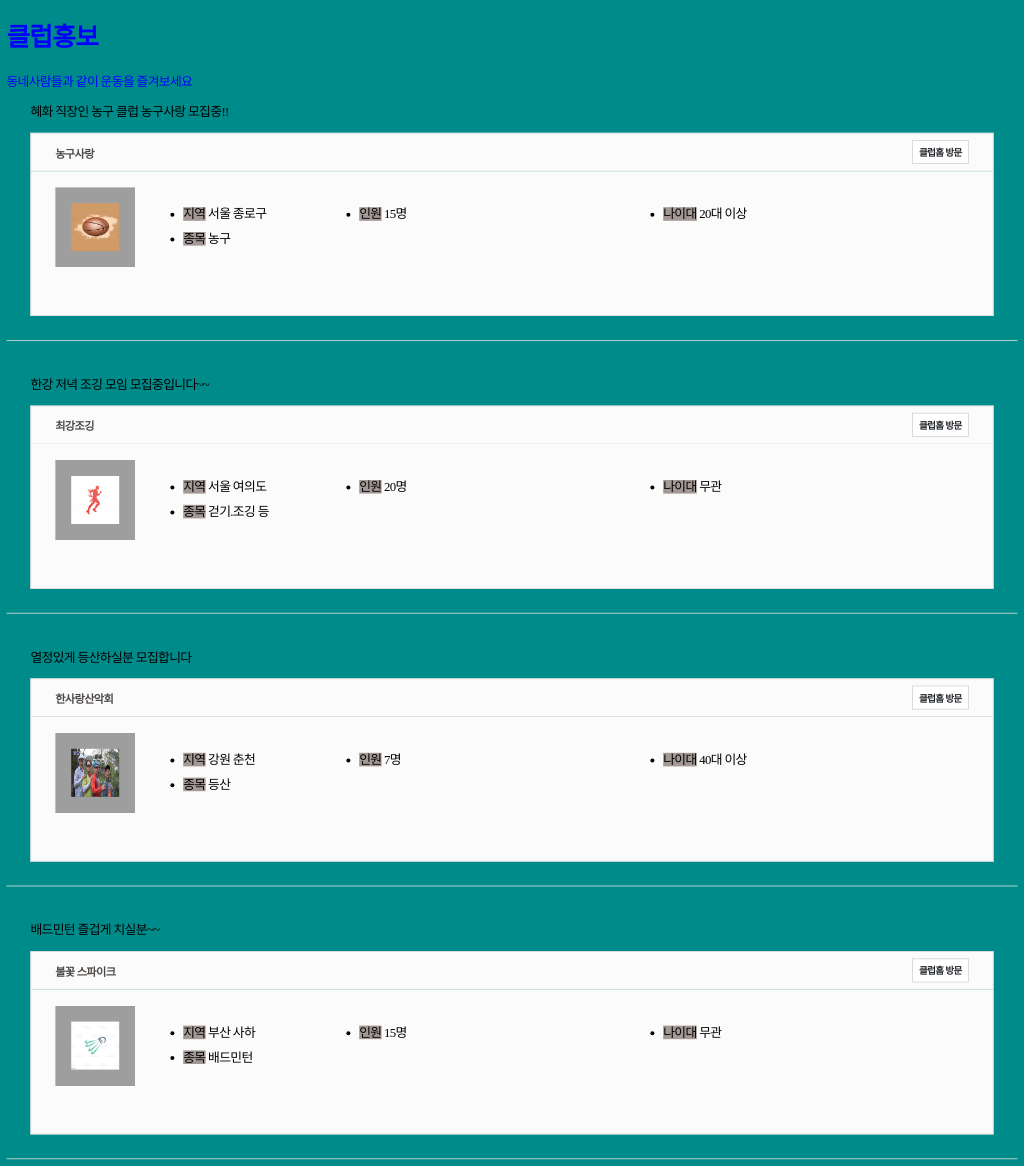
Repository: jaemin333/study
Page: club.html
The author's editor kept a copy of each file at every save. The page is drawn from the files as they stood at one save, then again after the next save.
The browser window is 1280 px wide. The pictures show the whole page, at 80% of full size.
Pictures or frames that could not be fetched are drawn as grey boxes.

Above is the page before, as saved 2021-07-02 21:57:37.

After the next save:
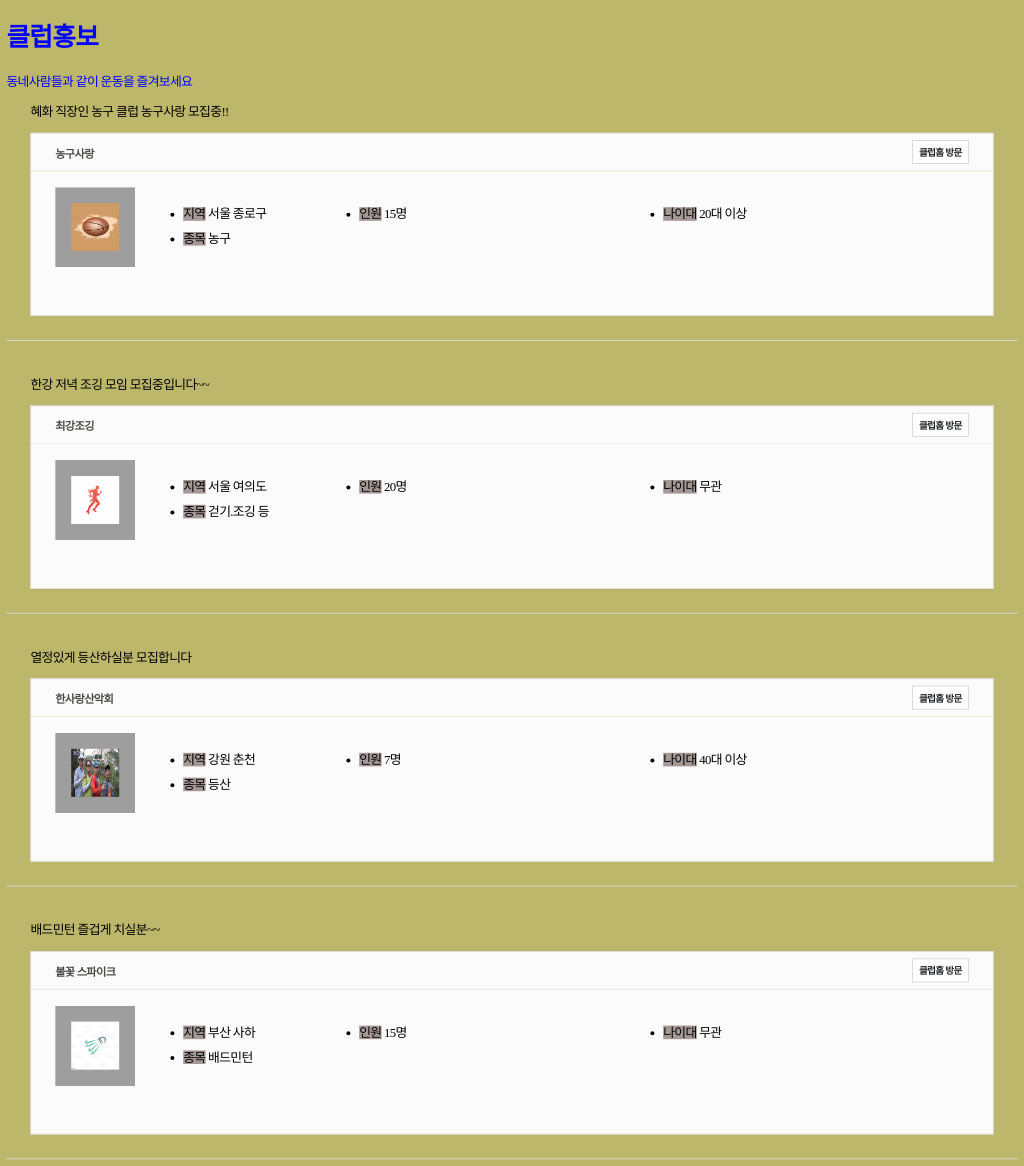
Saved 10 s later.
--- a/style.css
+++ b/style.css
@@ -5,7 +5,7 @@ div {
 
 
 body {
-    background-color: darkcyan;
+    background-color: darkkhaki;
     word-break: break-all;
     -ms-word-break: break-all;
     letter-spacing: -0.050em;
